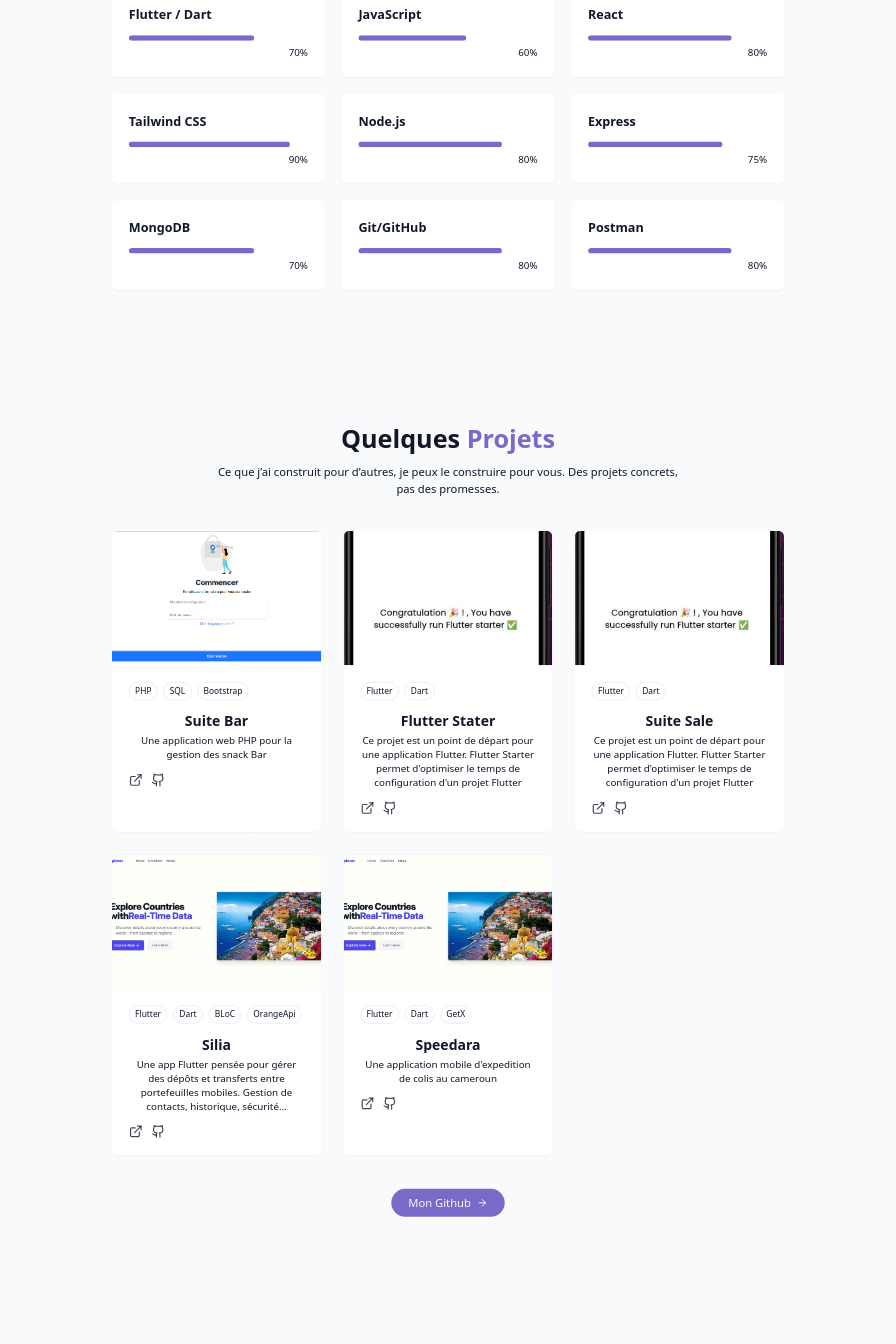
Repository: KOMI18/komi-folio
Page: /
These files come from the project's save history. The page is drawn as it stood at one moment and after a run of saves; the edit follows.
The browser window is 1280 px wide. The pictures show the part of the page from y = 3416 to 5336 px (the page is 6255 px tall), at 70% of full size.
The project was rebuilt for these pictures with package versions that can differ from the ones it lists, and the page was loaded fresh each time. Also part of the build but not shown: vite.config.js, src/pages/NotFound.jsx.

Above is the page before, as saved 2025-06-27 22:26:47.

After the next 2 saves:
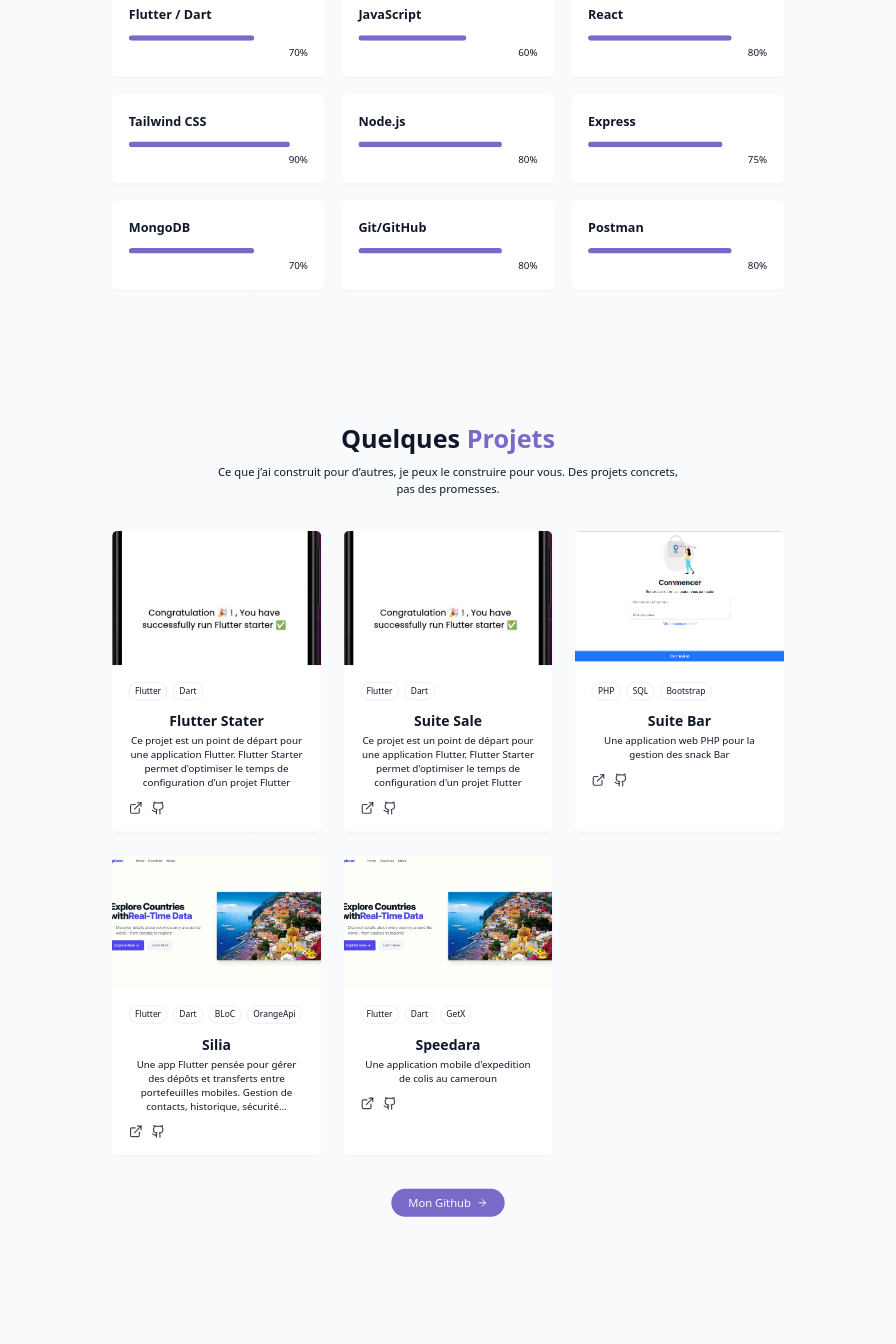
The 2 saves are shown as one change because they came seconds apart.
The last was saved 10 s later.
--- a/src/components/ProjectsSection.jsx
+++ b/src/components/ProjectsSection.jsx
@@ -1,16 +1,7 @@
 import { ArrowRight, ExternalLink, Github } from "lucide-react";
 
 const projects = [
-  {
-    id: 1,
-    title: "Suite Bar ",
-    description:
-      "Une application web PHP pour la gestion des snack Bar",
-    image: "/projects/suite.png",
-    tags: ["PHP", "SQL", "Bootstrap"],
-    demoUrl: "https://cosmopharmalindustry.com/bragherstudio.suite-ba/pages/user_login.php",
-    githubUrl: "#",
-  },
+
   {
     id: 2,
     title: "Flutter Stater",
@@ -30,6 +21,16 @@ const projects = [
     tags: ["Flutter", "Dart"],
     demoUrl: "#",
     githubUrl: "https://github.com/KOMI18/flutter_starter/tree/master",
+  },
+  {
+    id: 1,
+    title: "Suite Bar ",
+    description:
+      "Une application web PHP pour la gestion des snack Bar",
+    image: "/projects/suite.png",
+    tags: ["PHP", "SQL", "Bootstrap"],
+    demoUrl: "https://cosmopharmalindustry.com/bragherstudio.suite-ba/pages/user_login.php",
+    githubUrl: "#",
   },
   {
     id: 2,
